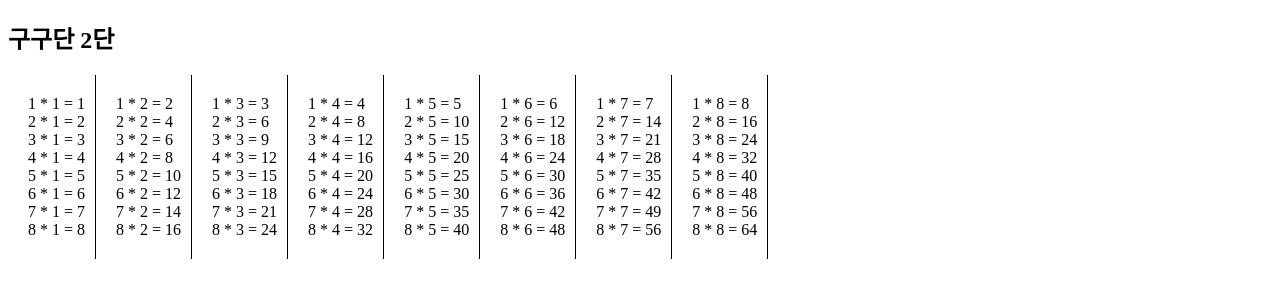
Repository: poiup/jsp_practice
Page: http://localhost/20210128/jspTag/Scriptlet.jsp
The author's editor kept a copy of each file at every save. The page is drawn from the files as they stood at one save, then again after the next save.
The browser window is 1280 px wide. The pictures show the whole page.
The page is served by Tomcat 9.

Above is the page before, as saved 2022-01-28 02:51:41.

### 20210128/src/main/webapp/jspTag/Scriptlet.jsp
<%@ page language="java" contentType="text/html; charset=UTF-8"
    pageEncoding="UTF-8"%>
<!DOCTYPE html>
<html>
<head>
<meta charset="UTF-8">
<title>Insert title here</title>
</head>
<body>
	<!-- 하단에 구구닫ㄴ 코드를 작성해주세요
	System.out.println() 이 괄호내 구문에 콘솔이 찍히게 해줫다면
	out.println()은 html화면에 괄호 내 구문을 콘솔에 찍히게 해줍니다.
	(javascript의 document.write()와 같은역활 -->
	<h2>구구단 2단</h2>
	<% for(int i = 1; i< 9; i++){
	%><div style = "float : left; padding : 20px; border-right: solid 1px #000; padding-right: 10px"><%
		for(int j = 1; j< 9; j++){
		out.println(j + " * " + i + " = " + j*i);
	%></br><%
		}
	%></div><%
	}%>
</body>
</html>

After the next save:
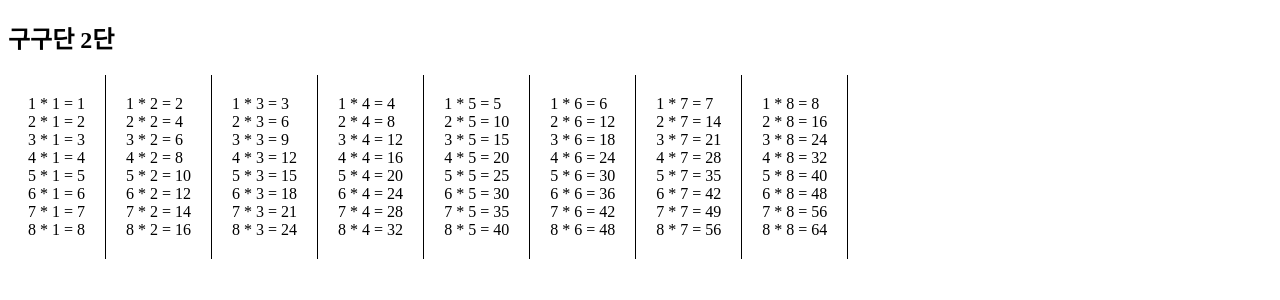
Saved 7 s later.
--- a/20210128/src/main/webapp/jspTag/Scriptlet.jsp
+++ b/20210128/src/main/webapp/jspTag/Scriptlet.jsp
@@ -13,7 +13,7 @@
 	(javascript의 document.write()와 같은역활 -->
 	<h2>구구단 2단</h2>
 	<% for(int i = 1; i< 9; i++){
-	%><div style = "float : left; padding : 20px; border-right: solid 1px #000; padding-right: 10px"><%
+	%><div style = "float : left; padding : 20px; border-right: solid 1px #000;"><%
 		for(int j = 1; j< 9; j++){
 		out.println(j + " * " + i + " = " + j*i);
 	%></br><%
